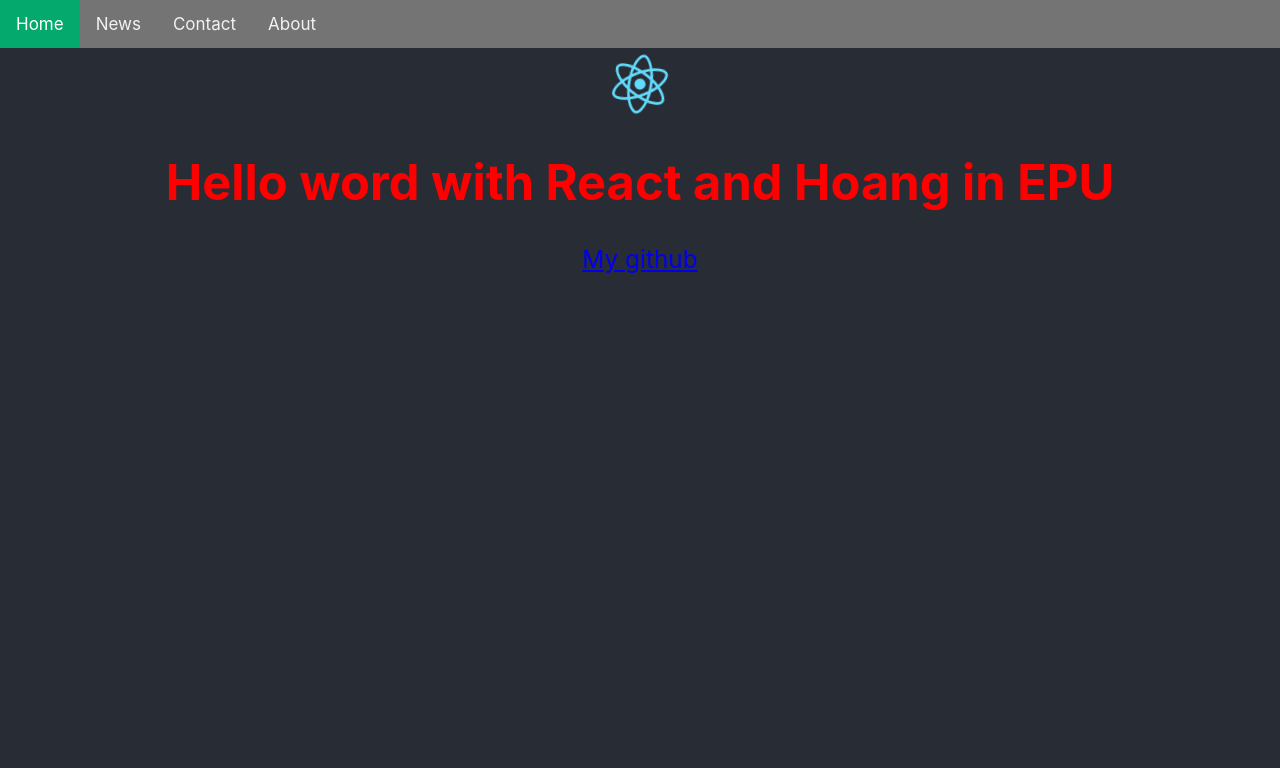
Repository: hoang0508/ReactJsHookBasic
Page: /home
An editor plug-in stored every save of this project. The page is shown before and after the next save, followed by the edit.
The browser window is 1280 px wide. The pictures show the whole page.
The project was rebuilt for these pictures with package versions that can differ from the ones it lists, and the page was loaded fresh each time.

Above is the page before, as saved 2021-11-08 23:31:34.

After the next save:
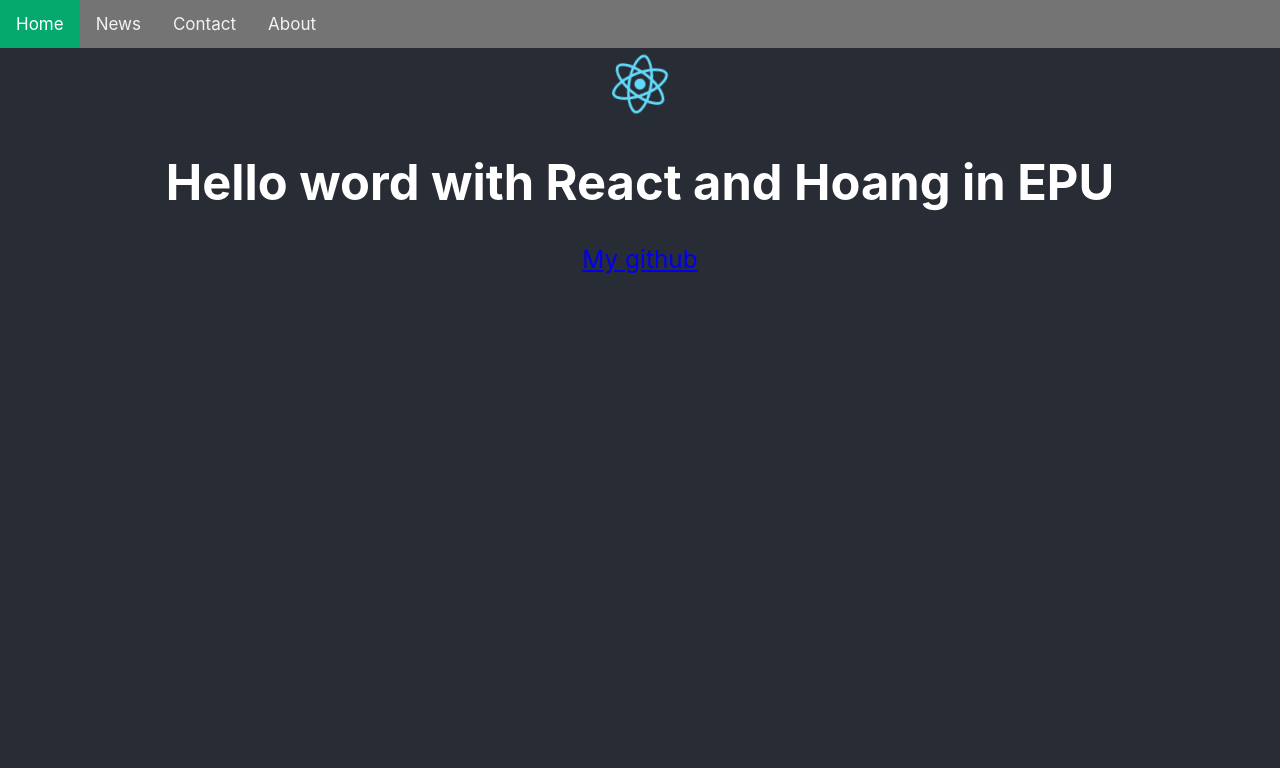
Saved 20 h 7 min later.
--- a/src/App.js
+++ b/src/App.js
@@ -17,7 +17,7 @@
       <Nav />
       <header className="App-header">
         <img src={logo} className="App-logo" alt="logo" />
-        <h1 style={{ color: "red" }}>
+        <h1>
           Hello word with React and {name} in {obj.school}
         </h1>
         <a href={link} target="_blank">
